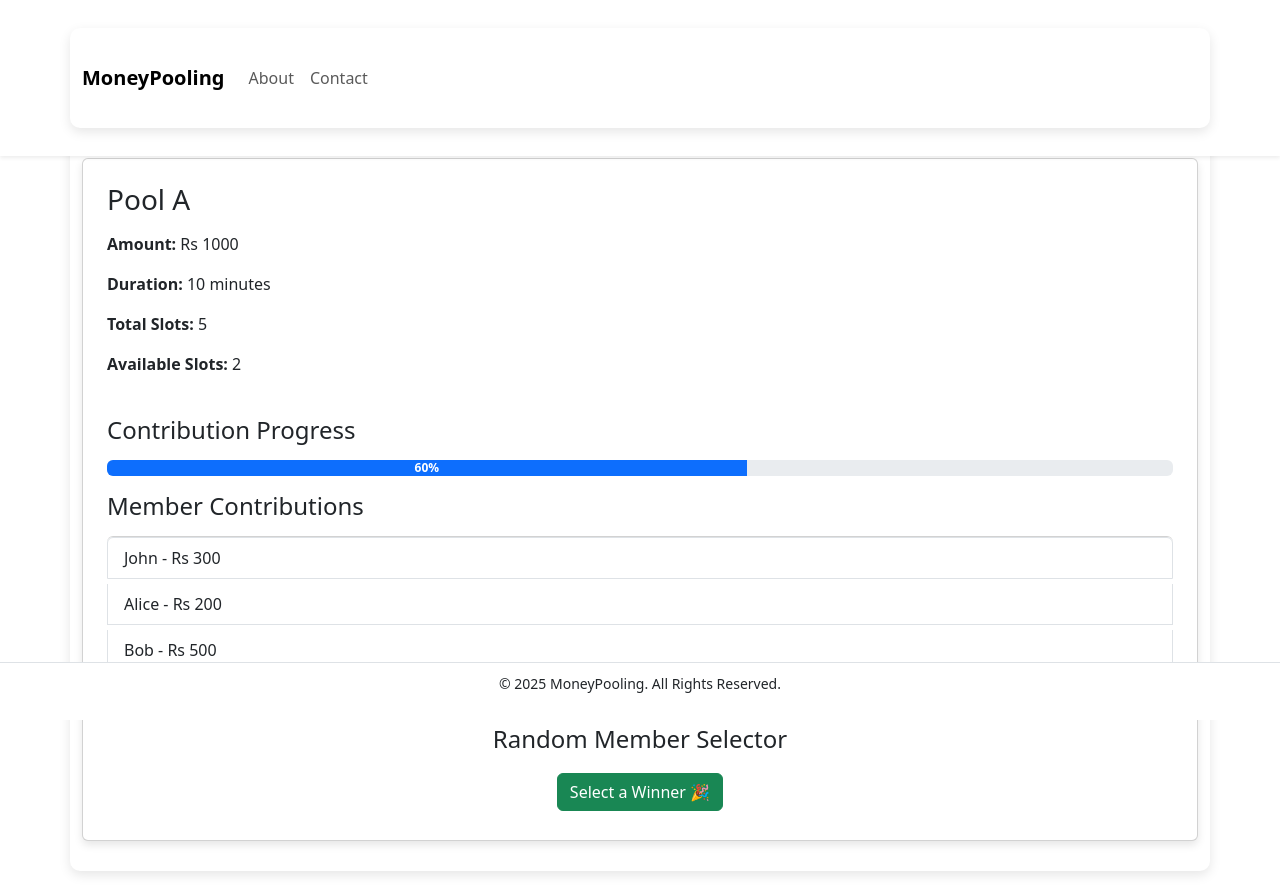
Repository: xxgautm420/MoneyPool
Page: templates/progress.html
These files come from the project's save history. The page is drawn as it stood at one moment and after a run of saves; the edit follows.
The browser window is 1280 px wide. The pictures show the whole page.
The page is served by the project's application, run on Flask 3 (user.py). The template is opened directly, without the code that normally fills it, so the values that code supplies are empty.

Above is the page before, as saved 2025-03-01 16:50:30.

### templates/progress.html
<!DOCTYPE html>
<html lang="en">
<head>
    <meta charset="UTF-8">
    <meta name="viewport" content="width=device-width, initial-scale=1.0">
    <title>Money Pooling</title>

    <!-- External Stylesheets -->
    <link rel="stylesheet" href="{{ url_for('static', filename='Css/progress.css') }}">

    <link href="https://cdn.jsdelivr.net/npm/bootstrap@5.3.0-alpha1/dist/css/bootstrap.min.css" rel="stylesheet">
</head>
<body>

    <!-- Navbar -->
    <nav class="navbar navbar-expand-lg navbar-light bg-white fixed-top shadow-sm">
        <div class="container">
            <a class="navbar-brand fw-bold" href="#">MoneyPooling</a>
            <div class="collapse navbar-collapse">
                <ul class="navbar-nav me-auto mb-2 mb-lg-0">
                    <li class="nav-item">
                        <a class="nav-link" href="#">About</a>
                    </li>
                    <li class="nav-item">
                        <a class="nav-link" href="#">Contact</a>
                    </li>
                </ul>
            </div>
        </div>
    </nav>


       <!-- Main Content -->
     <!-- Pool Details Section -->
<div class="container mt-5 pt-5">
    <h2 class="text-center mb-4">Pool Details</h2>
    <div class="card p-4">
        <h3 id="poolName">Pool A</h3>
        <p><strong>Amount:</strong> Rs <span id="poolAmount">1000</span></p>
        <p><strong>Duration:</strong> 10 minutes</p>
        <p><strong>Total Slots:</strong> 5</p>
        <p><strong>Available Slots:</strong> <span id="availableSlots">2</span></p>

        <!-- Contribution Progress -->
        <h4 class="mt-4">Contribution Progress</h4>
        <div class="progress mb-3">
            <div id="progressBar" class="progress-bar" role="progressbar" style="width: 60%">60%</div>
        </div>

        <!-- Member Contributions -->
        <h4>Member Contributions</h4>
        <ul id="memberList" class="list-group">
            <li class="list-group-item">John - Rs 300</li>
            <li class="list-group-item">Alice - Rs 200</li>
            <li class="list-group-item">Bob - Rs 500</li>
        </ul>

        <!-- Random Member Selection -->
        <div class="text-center mt-5">
            <h4>Random Member Selector</h4>
            <button class="btn btn-success" onclick="startSelection()">Select a Winner 🎉</button>

        </div>
    </div>
</div>


 <!-- Footer -->
 <footer class="footer">
    <p>&copy; 2025 MoneyPooling. All Rights Reserved.</p>
</footer>

<!-- External JavaScript -->
<script src="{{ url_for('static', filename='Script/progress.js') }}"></script>
</body>
</html>

### user.py
from flask import Flask, request, jsonify
from flask_sqlalchemy import SQLAlchemy
import os

app = Flask(__name__)
import os

app.config['SQLALCHEMY_DATABASE_URI'] = os.environ.get('DATABASE_URL') or 'postgresql+psycopg2://postgres:201103@localhost/postgres'

app.config['SQLALCHEMY_TRACK_MODIFICATIONS'] = False
db = SQLAlchemy(app)

class User(db.Model):
    __tablename__ = 'users'
    id = db.Column(db.Integer, primary_key=True)
    username = db.Column(db.String(80), unique=True, nullable=False)
    password = db.Column(db.String(128), nullable=False)  # Store plain text password for this example

@app.route('/api/users/login', methods=['POST'])
def login():
    data = request.get_json()
    username = data.get('username')
    password = data.get('password')

    user = User.query.filter_by(username=username).first()
    if user and user.password == password:  # Check plain text password
        return jsonify(success=True, message="Login successful"), 200
    else:
        return jsonify(success=False, message="Invalid username or password"), 401

# Create the database tables if they don't exist
with app.app_context():
    db.create_all()

if __name__ == '__main__':
    app.run(debug=True)

### static/Css/progress.css
General Page Styling
body {
    font-family: Arial, sans-serif;
    text-align: center;
    margin: 0;
    background-color: white;
    padding-top: 70px; /* Space for fixed navbar */
    display: flex;
    flex-direction: column;
    min-height: 100vh; /* Ensure the body takes at least the full height of the viewport */
}

/* Navbar */
.navbar {
    box-shadow: 0px 2px 5px rgba(0, 0, 0, 0.1);
}

/* Main Container */
/* Pool Details Section */
.container {
    width: 80%;
    max-width: 600px;
    margin: 20px auto;
    padding: 30px;
    background-color: #fff;
    border-radius: 10px;
    box-shadow: 0 4px 12px rgba(0, 0, 0, 0.1);
    flex: 1; /* Allow the container to grow and take available space */
    overflow-y: auto; /* Enable vertical scrolling if content exceeds height */
}

.card {
    padding: 20px;
    border: 1px solid #dee2e6;
    border-radius: 10px;
    background-color: #ffffff;
    box-shadow: 0 4px 8px rgba(0, 0, 0, 0.1);
}

.card h3, .card h4 {
    margin-bottom: 15px;
}

.progress {
    height: 25px;
}

.progress-bar {
    background-color: #28a745; /* Green background for progress bar */
    color: white;
    font-weight: bold;
    line-height: 25px; /* Vertically center the text within the progress bar */
}

.list-group-item {
    padding: 10px;
    border: 1px solid #dee2e6;
    margin-bottom: 5px;
}

.btn {
    margin: 5px;
    padding: 10px 20px;
    font-size: 16px;
    border-radius: 5px;
    border: none;
}

.btn-success {
    background-color: #28a745;
    color: white;
}

.btn-success:hover {
    background-color: #218838;
}

.mt-4 {
    margin-top: 1.5rem;
}

.mt-5 {
    margin-top: 3rem;
}

.mb-3 {
    margin-bottom: 1rem;
}

.mb-4 {
    margin-bottom: 1.5rem;
}

.text-center {
    text-align: center;
}

/* Footer */
footer {
    width: 100%;
    background-color: white;
    text-align: center;
    padding: 10px;
    font-size: 14px;
    border-top: 1px solid #dee2e6;
    position: fixed; /* Fixed position to stick to the bottom */
    bottom: 0; /* Align to the bottom of the viewport */
    left: 0; /* Ensure it spans the entire width */
    z-index: 1000; /* Ensure it's on top of other elements */
}

### static/Script/progress.js
function fetchUsername(userId) {
    fetch(`/api/user/${userId}`)
        .then(response => {
            if (!response.ok) {
                throw new Error('Network response was not ok');
            }
            return response.json();
        })
        .then(data => {
            document.getElementById('usernamePlaceholder').innerText = data.username;
        })
        .catch(error => {
            console.error('There was a problem with the fetch operation:', error);
        });
}

After the next 4 saves:
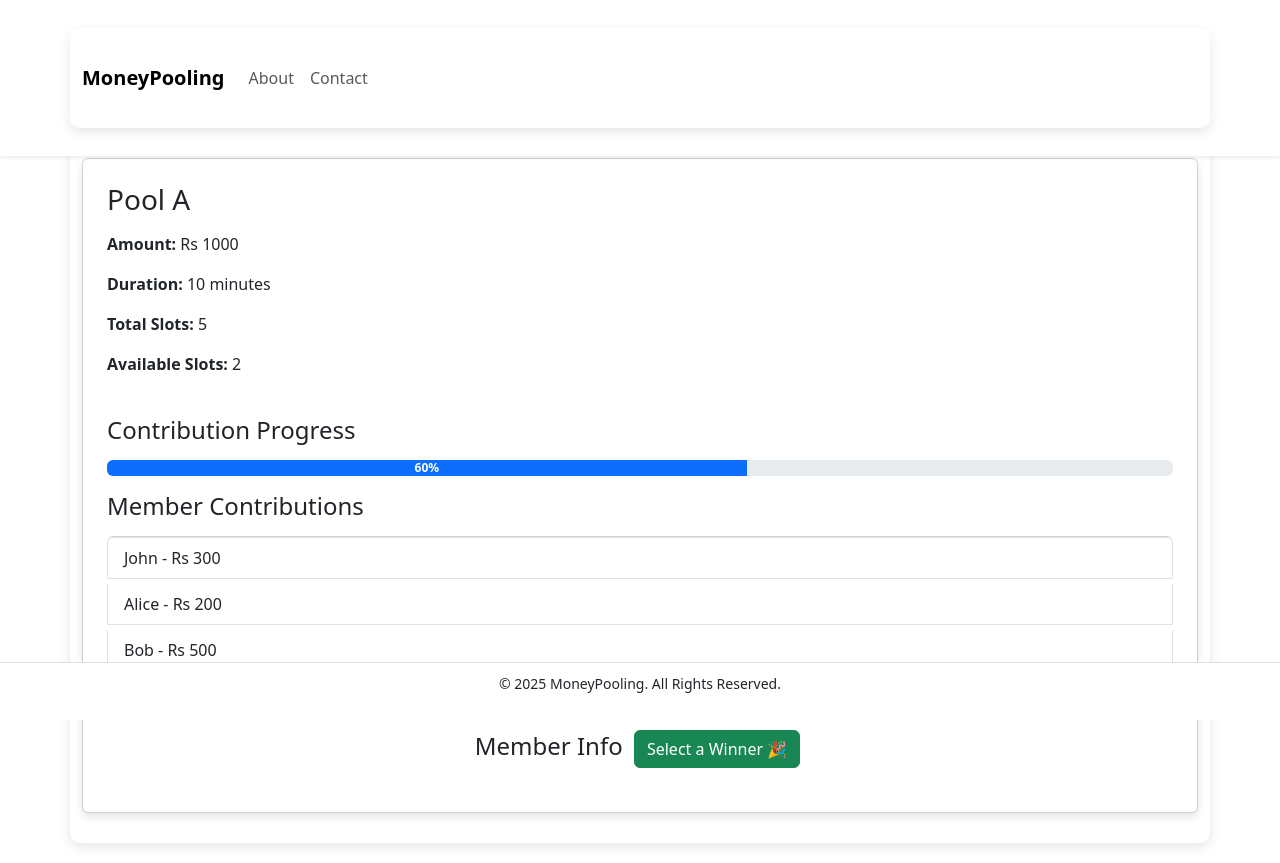
The 4 saves are shown as one change because they came seconds apart.
The last was saved 19 s later.
--- a/templates/progress.html
+++ b/templates/progress.html
@@ -57,7 +57,7 @@
 
         <!-- Random Member Selection -->
         <div class="text-center mt-5">
-            <h4>Random Member Selector</h4>
+            <h4>Member Info
             <button class="btn btn-success" onclick="startSelection()">Select a Winner 🎉</button>
 
         </div>
